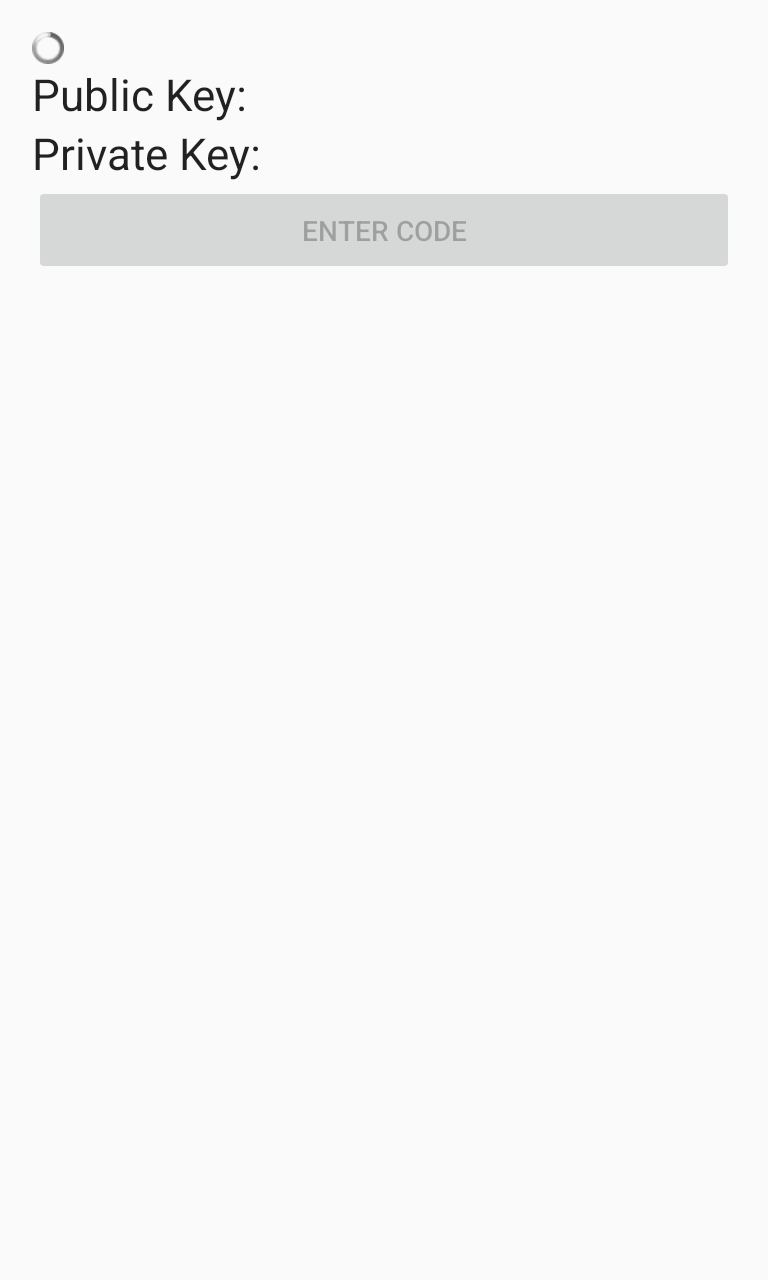
Repository: japheth-starita/DoorLockSystem
Layout: DoorLockSystem/res/layout/activity_request_code.xml
The author's editor kept a copy of each file at every save. The layout is drawn from the files as they stood at one save, then again after the next save.
It is drawn on a 768 x 1280 px phone screen (xhdpi) without system bars, with theme AppTheme; the app's code is not run.

Above is the layout before, as saved 2015-12-07 09:47:15.

After the next save:
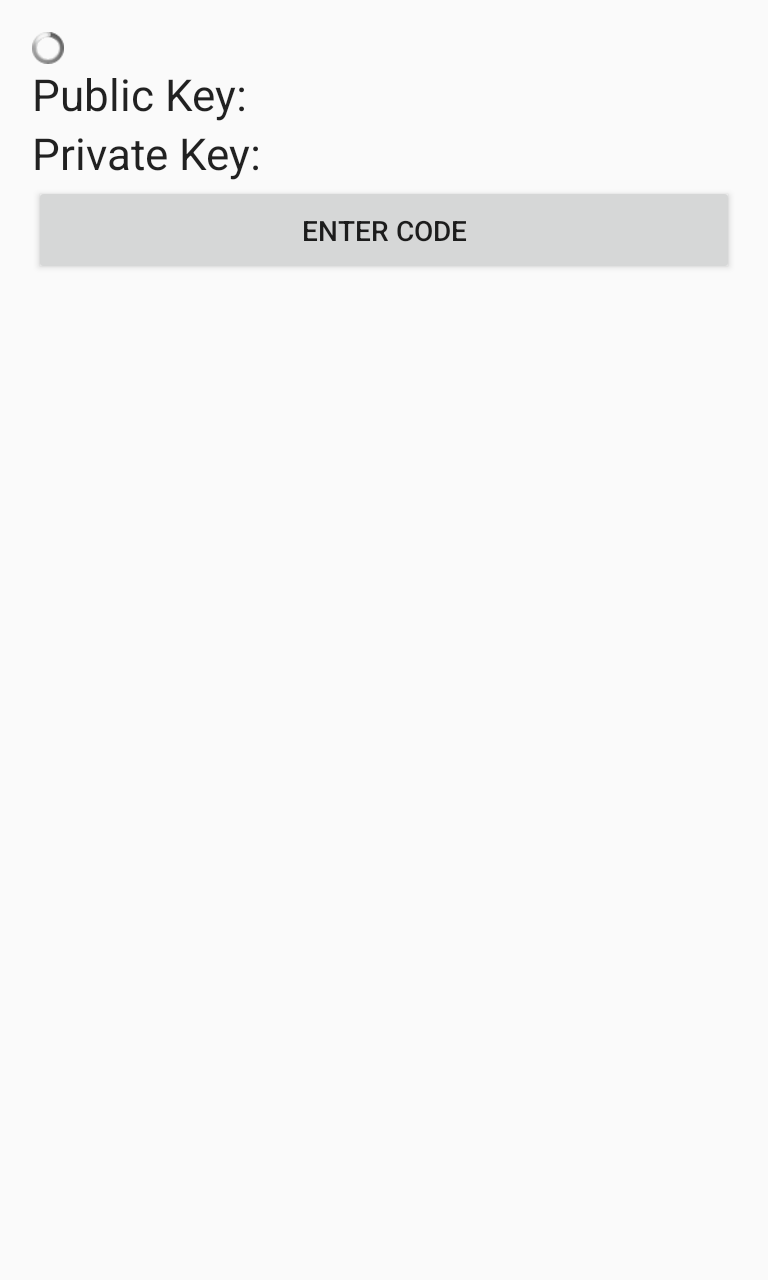
Saved 40 min 3 s later.
--- a/DoorLockSystem/res/layout/activity_request_code.xml
+++ b/DoorLockSystem/res/layout/activity_request_code.xml
@@ -38,7 +38,6 @@
         android:layout_below="@+id/privKey"
         android:layout_centerInParent="true"
         android:text="Enter Code"
-        android:enabled="false"
         android:onClick="gotoLockUnlockActivity"/>
 
 
